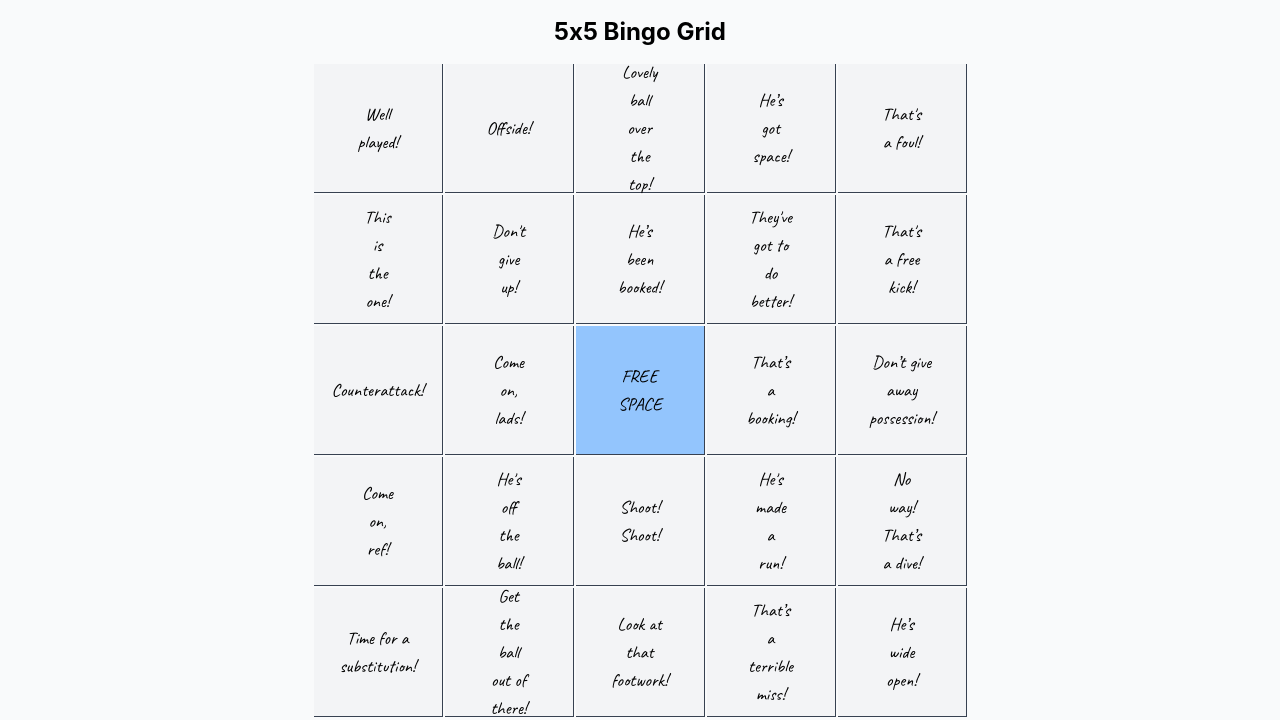
Repository: yassirbn/football-bingo
Page: /
The author's editor kept a copy of each file at every save. The page is drawn from the files as they stood at one save, then again after the next save.
The browser window is 1280 px wide. The pictures show the whole page.
The project was rebuilt for these pictures with package versions that can differ from the ones it lists, and the page was loaded fresh each time.

Above is the page before, as saved 2024-11-27 11:40:27.

### src/index.css

@import url('https://fonts.googleapis.com/css2?family=Caveat:wght@400;700&display=swap');

@tailwind base;
@tailwind components;
@tailwind utilities;


body {
  margin: 0;
  font-family: -apple-system, BlinkMacSystemFont, 'Segoe UI', 'Roboto', 'Oxygen',
    'Ubuntu', 'Cantarell', 'Fira Sans', 'Droid Sans', 'Helvetica Neue',
    sans-serif;
  -webkit-font-smoothing: antialiased;
  -moz-osx-font-smoothing: grayscale;
}

code {
  font-family: source-code-pro, Menlo, Monaco, Consolas, 'Courier New',
    monospace;
}

### src/App.js
import React from "react";
import BingoGrid from "./component/BingoGrid/BingoGrid";


const App = () => {
  const words  = [
    "What a save!",
    "Offside!",
    "Penalty! Oh, no!",
    "Pass the ball!",
    "That's a dive!",
    "Red card!",
    "Goal! What a strike!",
    "He's on fire!",
    "Foul!",
    "Clear it!",
    "He's through on goal!",
    "Nice touch!",
    "What a tackle!",
    "Great cross!",
    "Counterattack!",
    "He’s injured!",
    "Come on, ref!",
    "Get it in the box!",
    "Keeper's got it!",
    "That's a foul!",
    "No way! That’s a dive!",
    "Good save, keeper!",
    "What a ball!",
    "Hold it up!",
    "Look at that footwork!",
    "Get stuck in!",
    "That’s a booking!",
    "Lovely ball over the top!",
    "That’s a terrible miss!",
    "Get back!",
    "Play to the whistle!",
    "It's all square!",
    "Time for a substitution!",
    "They’re all over them!",
    "Nice pass!",
    "He’s got space!",
    "He’s wide open!",
    "Well played!",
    "Take a shot!",
    "That’s a brilliant goal!",
    "What a finish!",
    "Come on, lads!",
    "Don't give up!",
    "He's made a run!",
    "Get the ball out of there!",
    "Hold the line!",
    "He’s been booked!",
    "That's a red card!",
    "This could be it!",
    "He’s in the clear!",
    "It’s a goal kick!",
    "That's a free kick!",
    "Shoot! Shoot!",
    "That's too easy!",
    "They've got to do better!",
    "He's off the ball!",
    "Put it in the back of the net!",
    "This is getting tense!",
    "He’s looking dangerous!",
    "Don’t give away possession!",
    "He’s gone down easy!",
    "That's a top save!",
    "This is the one!",
    "Make it count!"
  ];


  return (
    <div className="min-h-screen bg-gray-50 flex items-center justify-center">
      <BingoGrid words={words} />
    </div>
  );
};

export default App;

### src/component/BingoGrid/BingoGrid.js
import React, { useState } from "react";

const BingoGrid = ({ words }) => {
  const gridSize = 5; // 5x5 grid
  const totalCells = gridSize * gridSize;

  // Shuffle words only once and store in state
  const initializeGrid = () => {
    const shuffledWords = [...words].sort(() => 0.5 - Math.random()).slice(0, totalCells);

    // Fill with placeholders if not enough words
    while (shuffledWords.length < totalCells) {
      shuffledWords.push("PLACEHOLDER");
    }

    // Replace the center cell with "FREE SPACE"
    const centerIndex = Math.floor(totalCells / 2);
    shuffledWords[centerIndex] = "FREE SPACE";

    return shuffledWords;
  };

  const [gridWords] = useState(initializeGrid);
  const [selectedCells, setSelectedCells] = useState(
    Array(totalCells).fill(false).map((_, i) => i === Math.floor(totalCells / 2)) // Center (FREE SPACE) is pre-selected
  );
  const [bingo, setBingo] = useState(false);

  // Handle cell click
  const handleCellClick = (index) => {
    if (gridWords[index] === "FREE SPACE" || selectedCells[index]) return; // Ignore clicks on FREE SPACE or already selected cells

    const updatedSelection = [...selectedCells];
    updatedSelection[index] = true;
    setSelectedCells(updatedSelection);

    // Check for Bingo
    checkForBingo(updatedSelection);
  };

  // Check for Bingo
  const checkForBingo = (selected) => {
    const checkLine = (line) => line.every((index) => selected[index]);

    // Generate all rows, columns, and diagonals
    const rows = Array.from({ length: gridSize }, (_, i) =>
      Array.from({ length: gridSize }, (_, j) => i * gridSize + j)
    );
    const cols = Array.from({ length: gridSize }, (_, i) =>
      Array.from({ length: gridSize }, (_, j) => j * gridSize + i)
    );
    const diagonal1 = Array.from({ length: gridSize }, (_, i) => i * gridSize + i);
    const diagonal2 = Array.from({ length: gridSize }, (_, i) => (i + 1) * gridSize - (i + 1));

    const lines = [...rows, ...cols, diagonal1, diagonal2];

    if (lines.some(checkLine)) {
      setBingo(true); // Set Bingo to true to trigger animations
    }
  };

  return (
    <div className="p-4 relative h-screen overflow-hidden">
      {/* Fireworks Animation */}
      {bingo && (
        <div className="absolute inset-0 z-20 flex justify-center items-center pointer-events-none">
          {/* Firework Particles */}
          {Array.from({ length: 300 }).map((_, idx) => (
            <div
              key={idx}
              className="fireworks-particle w-4 h-4 rounded-full absolute animate-fireworks"
              style={{
                "--x": `${Math.random() * 120 - 60}vw`, // Expanded X direction
                "--y": `${Math.random() * 120 - 60}vh`, // Expanded Y direction
                "--size": `${Math.random() * 10 + 5}px`, // Random size (larger particles)
                "--duration": `${Math.random() * 2 + 1.5}s`, // Increased duration for longer explosion
                "--delay": `${Math.random() * 0.5}s`, // Random delay
                backgroundColor: `hsl(${Math.random() * 360}, 100%, 50%)`, // Random color (HSL)
                transform: `rotate(${Math.random() * 360}deg)` // Random rotation for more chaos
              }}
            ></div>
          ))}
        </div>
      )}

      {/* Bingo Text Animation */}
      {bingo && (
        <div className="absolute inset-0 flex items-center justify-center z-10 animate-bingo-fade">
          <h2 className="text-7xl sm:text-8xl md:text-9xl lg:text-10xl font-extrabold text-red-600 animate-bingo-shake">
            BINGO!
          </h2>
        </div>
      )}

      {/* Bingo Grid */}
      <h1 className="text-center text-2xl font-bold mb-4">5x5 Bingo Grid</h1>
      <div
        className="grid gap-0.5"
        style={{
          gridTemplateColumns: `repeat(${gridSize}, 1fr)`,
        }}
      >
        {gridWords.map((word, index) => (
          <div
            key={index}
            className={`flex items-center justify-center border-b border-r border-gray-700 text-center font-medium aspect-square
              ${selectedCells[index] ? "bg-blue-300 text-white" : "bg-gray-100 hover:bg-blue-200 cursor-pointer"}
              ${word === "FREE SPACE" ? "cursor-default" : ""}`}
            onClick={() => handleCellClick(index)}
          >
            <div
              className={`${
                selectedCells[index] ? "bg-blue-300 text-white" : "bg-transparent"
              } flex items-center justify-center py-3 px-6 sm:py-4 sm:px-8 md:py-6 md:px-12 lg:py-8 lg:px-16`}
              style={{
                width: "50px", // Adjusted for mobile/tablet responsiveness
                height: "50px", // Adjusted for mobile/tablet responsiveness
                minWidth: "50px", // Ensures the circle doesn't shrink smaller than this
              }}
            >
              <span
                className="text-xs sm:text-sm md:text-base lg:text-lg font-medium text-black font-handwritten"
              >
                {word}
              </span>
            </div>
          </div>
        ))}
      </div>
    </div>
  );
};

export default BingoGrid;

### tailwind.config.js
/** @type {import('tailwindcss').Config} */
module.exports = {
  content: ['./src/**/*.{js,jsx,ts,tsx}'],
  theme: {
    extend: {
      fontFamily: {
        handwritten: ["'Caveat'", "cursive"],
      },
      animation: {
        fireworks: "fireworks 1.5s ease-out forwards",
        "bingo-fade": "bingo-fade 2s ease-out forwards",
        "bingo-shake": "bingo-shake 0.5s ease-in-out infinite",
      },
      keyframes: {
        fireworks: {
          "0%": {
            transform: "scale(0) translate(0, 0)",
            opacity: 1,
          },
          "50%": {
            transform: "scale(1) translate(var(--x), var(--y))",
            opacity: 1,
          },
          "100%": {
            transform: "scale(2) translate(var(--x), var(--y))",
            opacity: 0,
          },
        },
        "bingo-fade": {
          "0%": { opacity: 0 },
          "100%": { opacity: 1 },
        },
        "bingo-shake": {
          "0%": { transform: "rotate(0)" },
          "25%": { transform: "rotate(5deg)" },
          "50%": { transform: "rotate(0)" },
          "75%": { transform: "rotate(-5deg)" },
          "100%": { transform: "rotate(0)" },
        },
      },
    },
  },
  plugins: [],
}

Loaded but not shown: public/index.html (common file); src/index.js (common file); src/reportWebVitals.js (common file)

After the next save:
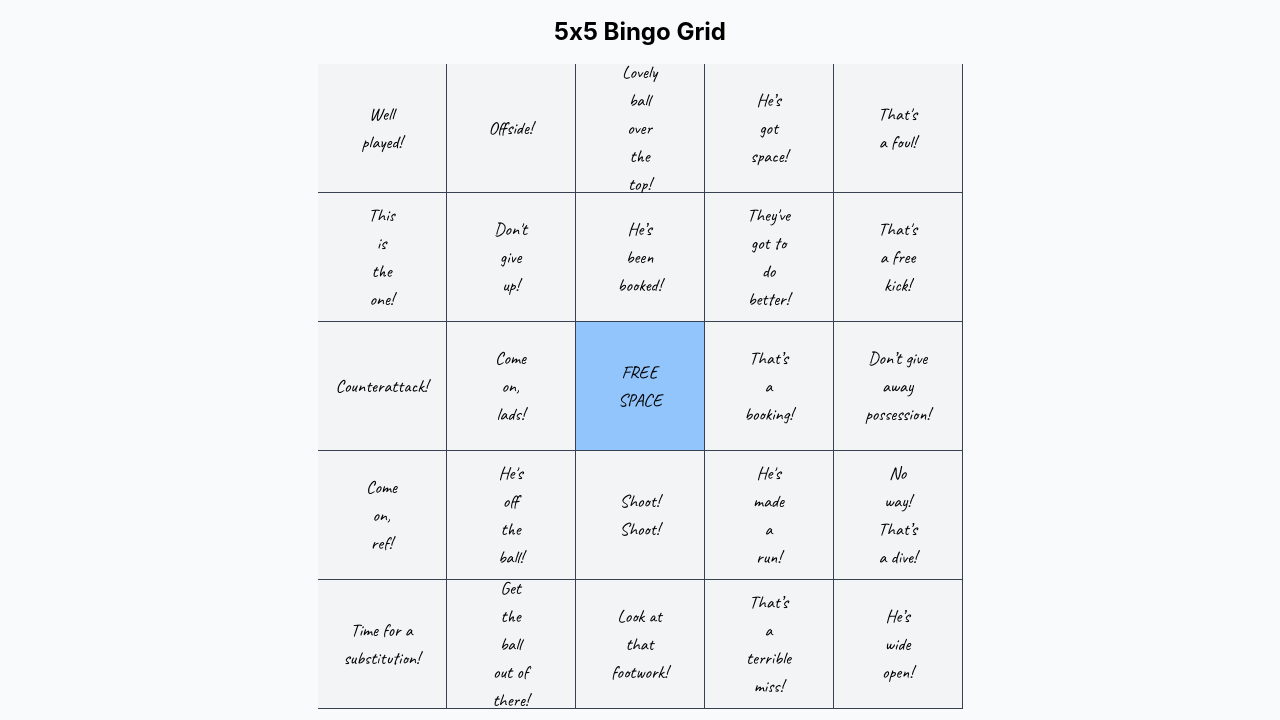
Saved 83 s later.
--- a/src/component/BingoGrid/BingoGrid.js
+++ b/src/component/BingoGrid/BingoGrid.js
@@ -95,7 +95,7 @@ const BingoGrid = ({ words }) => {
       {/* Bingo Grid */}
       <h1 className="text-center text-2xl font-bold mb-4">5x5 Bingo Grid</h1>
       <div
-        className="grid gap-0.5"
+        className="grid"
         style={{
           gridTemplateColumns: `repeat(${gridSize}, 1fr)`,
         }}
